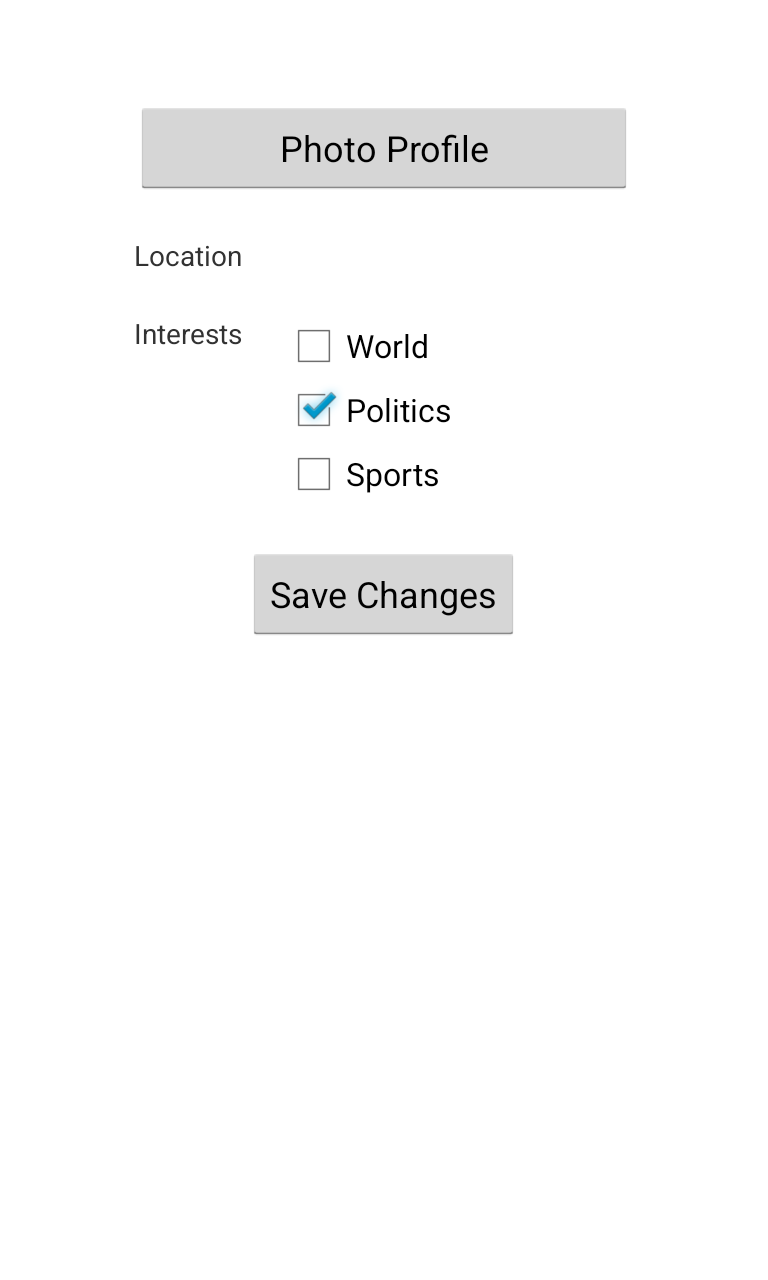
Repository: elvispap/The_Voice_of_People_Android_app
Layout: Voice of People/res/layout/profile_settings.xml
The author's editor kept a copy of each file at every save. The layout is drawn from the files as they stood at one save, then again after the next save.
It is drawn on a 768 x 1280 px phone screen (xhdpi) without system bars, with theme AppTheme; the app's code is not run.

Above is the layout before, as saved 2014-01-07 00:07:43.

After the next save:
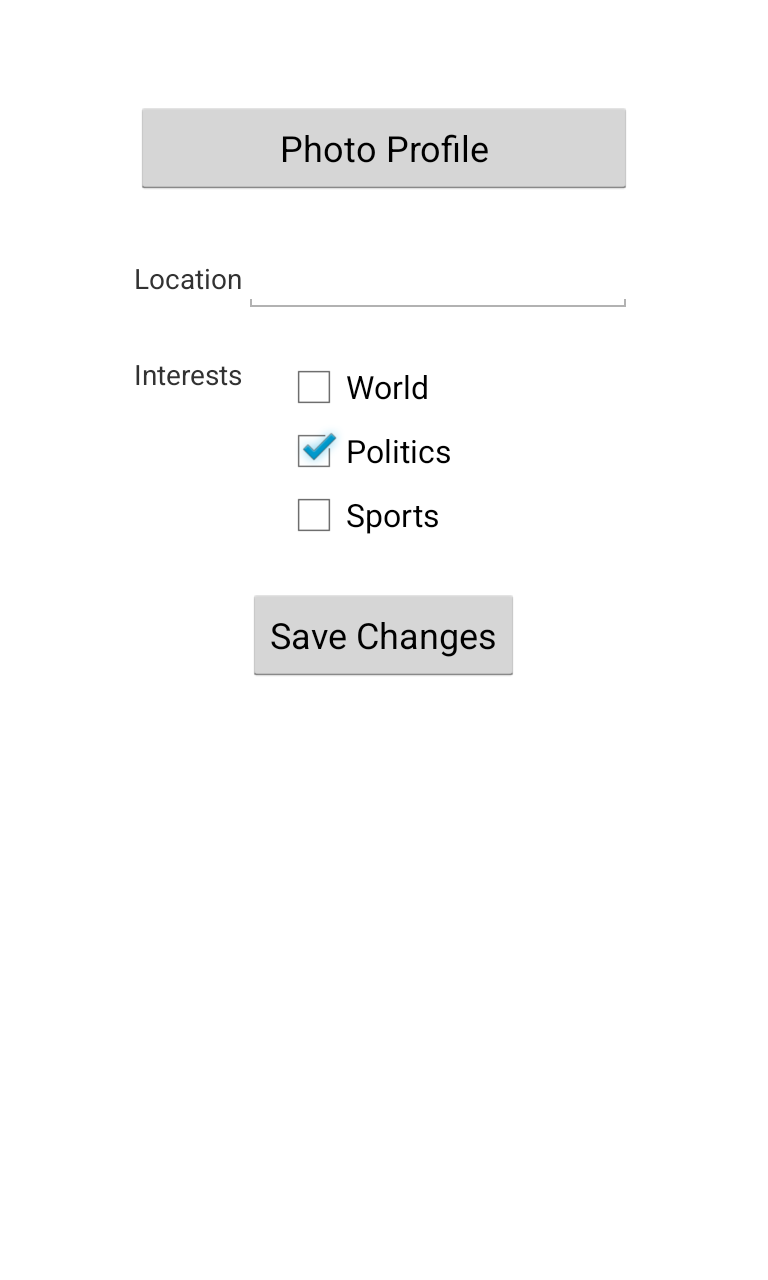
Saved 2 min 48 s later.
--- a/Voice of People/res/layout/profile_settings.xml
+++ b/Voice of People/res/layout/profile_settings.xml
@@ -19,6 +19,8 @@
 
     </LinearLayout>
 
+
+
     <LinearLayout android:layout_width="250dp"
 	    android:layout_height="wrap_content"
 	    android:orientation="horizontal"
@@ -30,6 +32,14 @@
             android:layout_width="wrap_content"
             android:layout_height="wrap_content"
             android:text="Location" />
+	    <EditText
+	        android:id="@+id/location"
+	        android:layout_width="match_parent"
+	        android:layout_height="wrap_content"
+	        android:text=""
+	        android:ems="10" />
+
+
 
     </LinearLayout>
 
